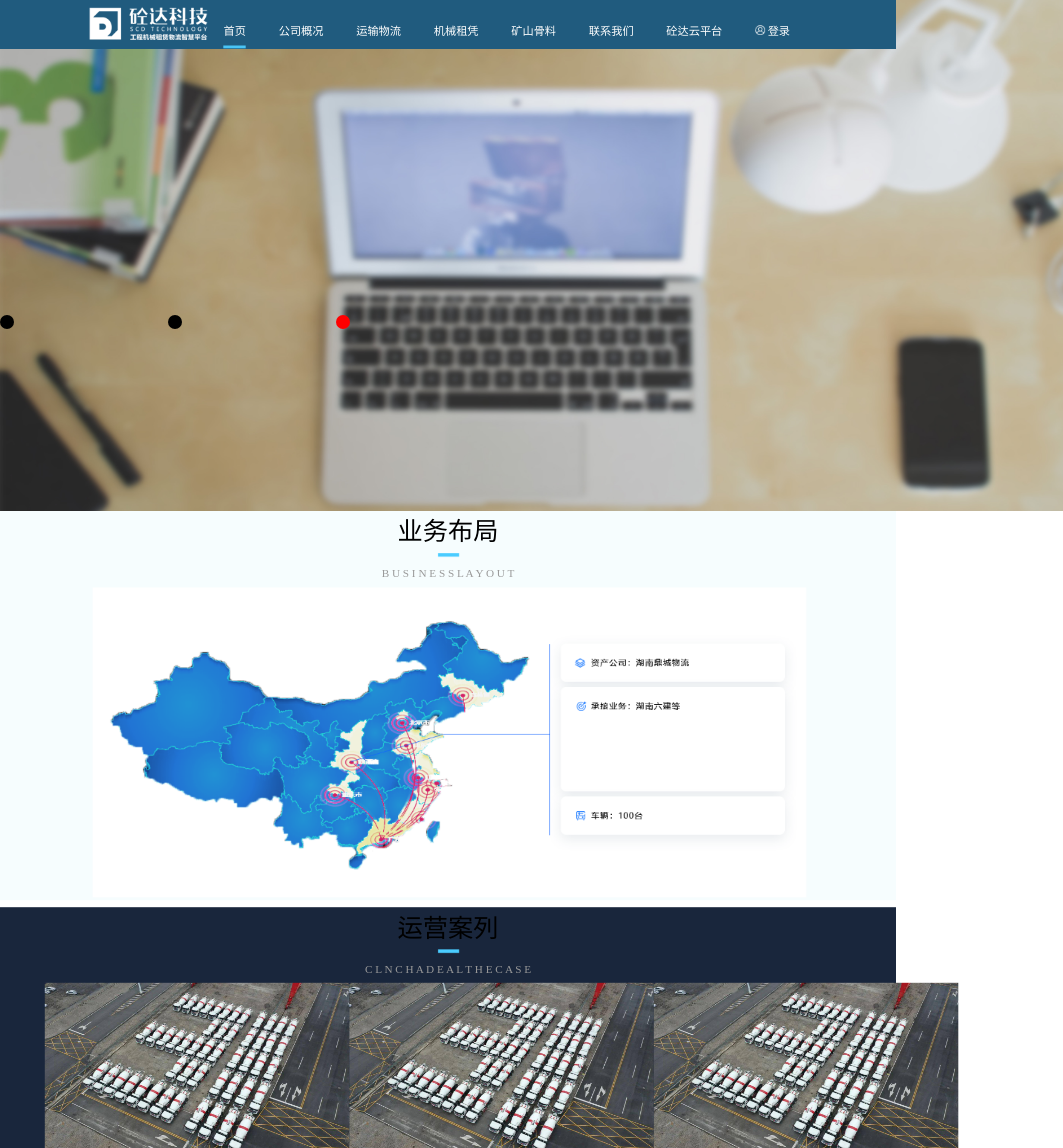
Repository: nzrdjdj/nzrdjdj.github.io
Page: index.html
These files come from the project's save history. The page is drawn as it stood at one moment and after the next save; the edit follows.
The browser window is 1280 px wide. The page is 1519 px wide, so the pictures cover 1519 px, including what lies to the right of the window. The pictures show the part of the page from y = 0 to 1640 px (the page is 2766 px tall), at 70% of full size.

Above is the page before, as saved 2021-10-09 10:23:36.

### index.html
<!DOCTYPE html>
<html lang="en">

<head>
    <meta charset="UTF-8">
    <meta http-equiv="X-UA-Compatible" content="IE=edge">
    <meta name="viewport" content="width=device-width, initial-scale=1.0">
    <title>首页</title>
    <link rel="stylesheet" href="./css/index.css">
    <link rel="stylesheet" href="./css/lunbo.css">

</head>

<body>
    <div class="all">
        <div class="head">
            <div class="lunbox">
                <div class="lunbo1" id="lonzun">
                    <img style="display: block;" src="./images/slider/bg1.png" alt="">
                    <img src="./images/slider/bg3.jpg" />
                    <img src="./images/slider/bg2.jpg" />
                </div>
                <div class="button" id="bu">
                    <div class="hei"></div>
                    <div></div>
                    <div></div>
                </div>
                <!-- <img src="./images/slider/bg1.png" />
                <img src="./images/slider/bg3.jpg" />
                <img src="./images/slider/bg2.jpg" /> -->
            </div>
            <div class="head-title">
                <div class="head-nav">
                    <div class="left">
                        <image class="" src="./images/logo.png" mode="widthFix" />
                    </div>
                    <div class="right">
                        <div class="hover">首页</div>
                        <div>公司概况</div>
                        <div>运输物流</div>
                        <div>机械租凭</div>
                        <div>矿山骨料</div>
                        <div>联系我们</div>
                        <div>砼达云平台</div>
                        <div>
                            <image class="" src="./images/dl.png" "/>
                            登录
                        </div>
                    </div>
                </div>
            </div>
        </div>
        <div class=" main">
                                <!-- 业务 -->
                                <div class="firstmain">
                                    <div class="firstmain-info">业务布局</div>
                                    <div class="first-border">
                                        <image class="" src="./images/partners/bar.png" />
                                    </div>
                                    <div class="colorstyle">B U S I N E S S L A Y O U T</div>
                                    <div class="main-img">
                                        <image style="width: 80%;margin-top: 10px;" src="./images/partners/map.png"
                                            mode="widthFix" />
                                    </div>
                                </div>
                                <!-- 运营 -->
                                <div class="mainCenter">
                                    <div class="firstmain-info">运营案列</div>
                                    <div class="first-border">
                                        <image class="" src="./images/partners/bar.png" />
                                    </div>
                                    <div class="colorstyle">C L N C H A D E A L T H E C A S E</div>
                                    <div class="pgimg">
                                        <div class="img">
                                            <div class="yui">
                                                <image style="width: 435px;height: 245px;"
                                                    src="./images/partners/car2.png" />
                                                <div class="zzhao">
                                                    <div>查看案例详情</div>
                                                </div>
                                            </div>
                                            <div class="icon">123456</div>
                                        </div>
                                        <div class="img">
                                            <div class="yui">
                                                <image style="width: 435px;height: 245px;"
                                                    src="./images/partners/car2.png" />
                                                <div class="zzhao">
                                                    <div>查看案例详情</div>
                                                </div>
                                            </div>
                                            <div class="icon">123456</div>
                                        </div>
                                        <div class="img">
                                            <div class="yui">
                                                <image style="width: 435px;height: 245px;"
                                                    src="./images/partners/car2.png" />
                                                <div class="zzhao">
                                                    <div>查看案例详情</div>
                                                </div>
                                            </div>
                                            <div class="icon">123456</div>
                                        </div>
                                    </div>
                                    <div class="anli">
                                        <div>更多案例></div>
                                    </div>
                                </div>
                                <!-- 新闻资讯 -->
                                <div class="ctenrnew">
                                    <div class="xinwen">
                                        <div class="firstmain-info">新闻资讯</div>
                                        <div class="first-border">
                                            <image class="" src="./images/partners/bar.png" />
                                        </div>
                                        <div class="colorstyle">N E W S A N D infomation</div>
                                    </div>
                                    <div class="news">
                                        <div style="    padding-top: 22px;">
                                            <div>
                                                <image style="width: 435px;height: 245px;"
                                                    src="./images/partners/car2.png" />
                                            </div>
                                            <div style="width: 435px;">
                                                展会预告| 与您相约2021年长沙国际工程机械展览会<br>
                                                <span
                                                    style="color: gray;">2021长沙国际工程机械展览会将于5月19日在长沙国际会展中心拉开帷幕。这将是今年全球唯一举办的30万平方米超大型工程机械行业展会。</span>
                                            </div>
                                        </div>
                                        <div>
                                            <div
                                                style="height: 125px; margin-top: 20px; background-color: #fff;margin-left:10px;">
                                                <div style="display: flex;">
                                                    <div style="margin-left: 20px; margin-top: 20px;">
                                                        <div style="color: gray;font-size: 24px;">15</div>
                                                        <div style="color: gray;margin-top: 30px;">2021-03</div>
                                                    </div>
                                                    <div style="padding: 15px; line-height: 30px;">
                                                        <div>混凝土泵车的使用应注意哪些事项</div>
                                                        <span
                                                            style="color: gray;margin-top: 30px;padding-top: 20px; margin-left: 10px;">凝土泵车在进行各项操作时应有专业<br>的操作人员对其进行系统的培训...</span>
                                                    </div>
                                                </div>
                                            </div>
                                            <div
                                                style="height: 125px; margin-top: 20px; background-color: #fff;margin-left:10px;">
                                                <div style="display: flex;">
                                                    <div style="margin-left: 20px; margin-top: 20px;">
                                                        <div style="color: gray;font-size: 24px;">15</div>
                                                        <div style="color: gray;margin-top: 30px;">2021-03</div>
                                                    </div>
                                                    <div style="padding: 15px; line-height: 30px;">
                                                        <div>混凝土泵车的使用应注意哪些事项</div>
                                                        <span
                                                            style="color: gray;margin-top: 30px;padding-top: 20px; margin-left: 10px;">凝土泵车在进行各项操作时应有专业<br>的操作人员对其进行系统的培训...</span>
                                                    </div>
                                                </div>
                                            </div>
                                        </div>
                                        <div>
                                            <div
                                                style="height: 125px; margin-top: 20px; background-color: #fff;margin-left:10px;">
                                                <div style="display: flex;">
                                                    <div style="margin-left: 20px; margin-top: 20px;">
                                                        <div style="color: gray;font-size: 24px;">15</div>
                                                        <div style="color: gray;margin-top: 30px;">2021-03</div>
                                                    </div>
                                                    <div style="padding: 15px; line-height: 30px;">
                                                        <div style="color: #56CFFF;">混凝土泵车的使用应注意哪些事项</div>
                                                        <span
                                                            style="color: gray;margin-top: 30px;padding-top: 20px; margin-left: 10px;">凝土泵车在进行各项操作时应有专业<br>的操作人员对其进行系统的培训...</span>
                                                    </div>
                                                </div>
                                            </div>
                                            <div
                                                style="height: 125px; margin-top: 20px; background-color: #fff;margin-left:10px;">
                                                <div style="display: flex;">
                                                    <div style="margin-left: 20px; margin-top: 20px;">
                                                        <div style="color: gray;font-size: 24px;">15</div>
                                                        <div style="color: gray;margin-top: 30px;">2021-03</div>
                                                    </div>
                                                    <div style="padding: 15px; line-height: 30px;">
                                                        <div>混凝土泵车的使用应注意哪些事项</div>
                                                        <span
                                                            style="color: gray;margin-top: 30px;padding-top: 20px; margin-left: 10px;">凝土泵车在进行各项操作时应有专业<br>的操作人员对其进行系统的培训...</span>
                                                    </div>
                                                </div>
                                            </div>
                                        </div>
                                    </div>
                                </div>
                                <!-- 关于我们 -->
                                <div class="about">
                                    <div class="xinwen">
                                        <div class="ab">关于我们</div>
                                        <div class="first-border">
                                            <image class="" src="./images/partners/bar.png" />
                                        </div>
                                        <div class="colorstyle">A B 0 U T US</div>
                                    </div>
                                    <div class="aboutinfo">
                                        <div class="oneaboutinfo">
                                            <div style="padding-left:10px;"> 砼 达 科 技 是 一 家 服 务 于 混 凝 土 及 原 材 料 生 产 、 物 流
                                                、 施 工 的 共 享 智 能 化 平 台 。</div>
                                            <div>愿 景 ： 推 动 混 凝 土 产 业 数 字 文 明 进 程 ， 打 造 混 凝 土 高 效 流 通 生 态 圈 ; </div>
                                            <div>使 命 ： 打 造 一 个 社 会 化 高 度 协 同 、 智 慧 的 工 程 机 械 物 联 网 运 营 平 台 </div>
                                            <div> 核 心 价 值 观 ： 服 务 创 造 价 值 ， 专 业 赢 得 信 任 ， 坚 持 成 就 梦 想 ， 奋 斗 改 变 生 活
                                            </div>
                                        </div>
                                        <div>
                                            <image style="height:200px;width: 460px;" src="./images/partners/city.png"
                                                mode="widthFix" />
                                        </div>
                                    </div>
                                </div>
                        </div>
                    </div>
                    <div class="footer">
                        <div class="footerinfo">
                            <div class="left">
                                <div>
                                    <image style="margin-top: 30px;" src="./images/banner1.png" />
                                </div>
                                <div style="display: flex; justify-content: space-between;width: 700px;">
                                    <div style="margin-top: 10px; margin-left: -10px;">
                                        <image src="" />
                                        📞 电 话: 1 5 0 8 4 9 3 5 5 5 5
                                    </div>
                                    <div style="margin-top: 10px;">📫 邮 箱: 1 2 3 7 1 5 8 3 0 @ qq.com</div>
                                </div>
                                <div style="margin-top: 10px;">
                                    地址:长 沙 市 雨 花 区 德 思 勤 广 场 1 栋 605室
                                </div>
                                <div style="margin-top: 10px;">
                                    友情链接 : 长沙鼎宸机械设备租赁有限公司 | 湖南鼎宸物流有限公司 | 湖南砼达物流有限公司 | 湖南鑫铅锂新能源科技有限公司 | 贵州砼达科技有限公司
                                </div>
                            </div>
                            <div class="right">
                                <div style="text-align: center;">
                                    <div style="color: #fff;">关于我们</div>
                                    <div class="font">砼达简介</div>
                                    <div class="font">商混物流</div>
                                    <div class="font">机械租凭</div>
                                    <div class="font">矿山骨科</div>
                                </div>
                                <div>
                                    <div style="color: #fff;">关注我们<span
                                            style="color: gray;font-size: 12px;">(扫一扫)</span></div>
                                    <div class="ewm"></div>
                                </div>
                            </div>
                        </div>
                        <div class="last">
                            <div class="last-info font"></div>
                            <div class="font">Copyight 2012-2015 砼达科技 版权所有 honghu.com 湘ICP备15019654号.</div>
                        </div>
                    </div>
                    <script>
                        var lonzun = document.getElementById("lonzun").children;
                        // var left = document.getElementsByClassName("left")[0];
                        var lunbox = document.getElementsByClassName("lunbox")[0];
                        // var right = document.getElementsByClassName("right")[0];
                        var bu = document.getElementById("bu").children;
                        var index = 0
                        function str() {
                            index++
                            if (index >= 3) {
                                index = 0;
                            }
                            main()
                        }

                        function main() {
                            for (var i = 0; i < lonzun.length; i++) {
                                lonzun[i].style.display = "none"
                                bu[i].classList.remove("hei")
                            }
                            lonzun[index].style.display = "block"
                            bu[index].classList.add("hei")
                        }

                        item = setInterval(str, 1000)
                        // 自动轮播
                        lunbox.onmouseover = function () {
                            clearInterval(item)
                        }
                        lunbox.onmouseout = function () {
                            item = setInterval(str, 1000)
                        }
                    </script>
</body>

</html>

### css/index.css
*{
    margin: 0;
    padding: 0;
}
.head-title{
    position: relative;
    line-height: 70px;
    top: 0;
    left: 0;
    width: 100%;
    position: fixed;
    background-color: #205B7E;
    height: 70px;
    z-index:99;
}
.head-nav{
    width: 80%;
    margin: 0 auto;
    display: flex;
}
.head-nav .left{
    flex: 1;
    margin-top: 10px;
}
.head-nav div{
    height: 55px;
}
.head-title .right{
    display: flex;
    color: #fff;
    width: 880px;
    cursor: pointer;
    justify-content: space-around;
}

.hover{
    border-bottom: 4px solid #49C5F6;
    text-align: center;
}

/* 轮播 */
.haed-logo{
    display: flex;
    overflow: hidden;

}
.haed-logo img{
    /* position: absolute; */
    width: 100%;
    float: right;
    border: 1px solid red;
}



/* main */
.main{
    width: 100%;
    position: relative;
}
.firstmain{
    text-align: center;
    background-color: #F6FDFE;
}
.firstmain-info{
    font-size: 36px;
}
.colorstyle{
    margin-top: 10px;
    color: #999999;
}
.mainCenter{
    /* background: url(../images/service/logo.png); */
    margin-top: 10px;
    text-align: center;
    background-color: #19263C;
}
.pgimg{
    display: flex;
    width: 90%;
    margin: 0 auto;
    margin-top: 10px;
    justify-content: space-between;
}
.yui{
    height: 245px;
}
.icon{
    width: 435px;
    height: 25px;
    background: #fff;
}
.zzhao{
    font-size: 15px;
    width: 435px;
    height: 245px;
    background: rgba(0, 0, 0, 0.5);
    position: absolute;
    margin-top: -249px;
    display: none;
}
.yui:hover .zzhao{

    display: block;
}
.zzhao div{
    color:#49C5F6;
    padding: 10px;
    border: 1px solid #49C5F6;
    width: 100px;
    margin: 100px auto;
    cursor: pointer;
}
.anli{
    color: #fff;
    padding: 10px;
    border: 1px solid #fff;
    width: 100px;
    height: 10px;
    border-radius: 5px;
    cursor: pointer;
    margin: 10px auto;
    text-align: center;
    line-height: 10px;
}
.xinwen{
    margin-top: 10px;
    text-align: center;
}
.news{
    width: 80%;
    margin: 10px auto;
    display: flex;
}
.news div{
   /* flex: 1; */

}
.ctenrnew{

    background-color: #F6FBFE;
}
.about{
    background-color: #0E0F1B;
    height: 330px;
}
.ab{
    color:#fff;
    font-size: 36px;
}
.aboutinfo{
    display: flex;
    width: 80%;
    margin: 0 auto;
}
.oneaboutinfo{
    width: 65%;
}
.aboutinfo{
    margin-top: 10px;
}
.oneaboutinfo div{
    padding: 10px;
    font-size: 12px;
    color: #fff;
}
.footer{
    width: 100%;
    height: 225px;
    background-color: #1B222E;
    margin-top: -10px;
}
.footerinfo{
    display: flex;
    width: 80%;
    margin: 10px auto;
}
.left{
    color: gray;
    font-size: 12px;
}
.right{
    margin-top: 10px;
    width: 20%;
    display: flex;
    justify-content: space-between;
}
.font{
    margin-top: 10px;
    color: gray;
    font-size: 12px;
}
.ewm{
    margin-top: 10px;
    width: 70px;
    height: 70px;
    background-color: #fff;
}
.last{
    width: 80%;
    margin: 0 auto;
}
.last-info{
    border-top: 1px solid gray;
}

### css/lunbo.css
.lunbo1 img{
    width: 1519px;
    height: 730px;
    position: absolute;
    display: none;
}
.lunbox{
    height: 730px;
}
.button div {
    width: 20px;
    height: 20px;
    border-radius: 50%;
    background: black;

}

.button {
    position: absolute;
    display: flex;
    justify-content: space-between;
    width: 500px;
    top: 450px;
}

.hei {
    background: red !important;
}

After the next save:
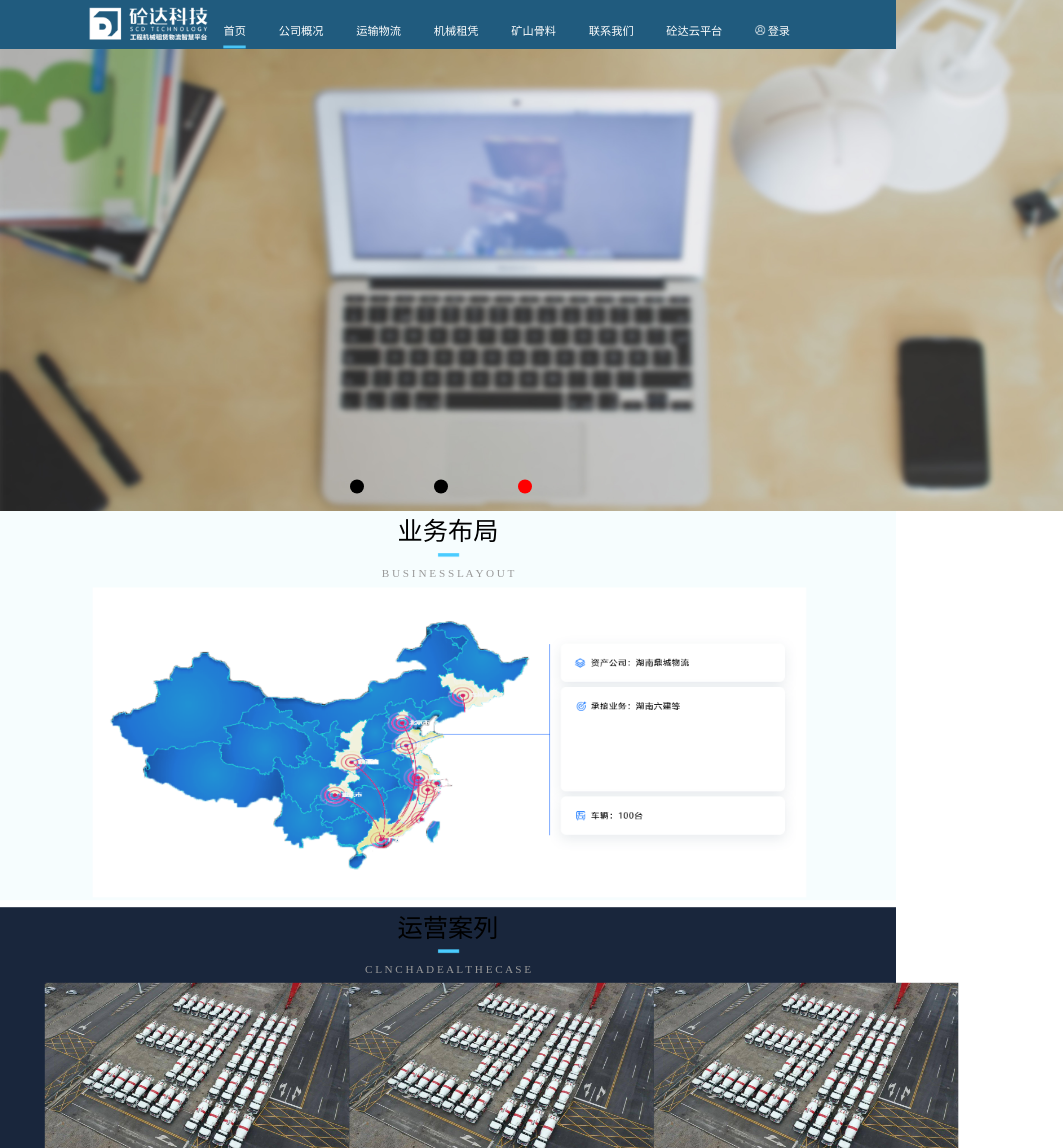
Saved 115 s later.
--- a/css/lunbo.css
+++ b/css/lunbo.css
@@ -19,8 +19,9 @@
     position: absolute;
     display: flex;
     justify-content: space-between;
-    width: 500px;
-    top: 450px;
+    width: 260px;
+    top: 685px;
+    left: 500px;
 }
 
 .hei {
